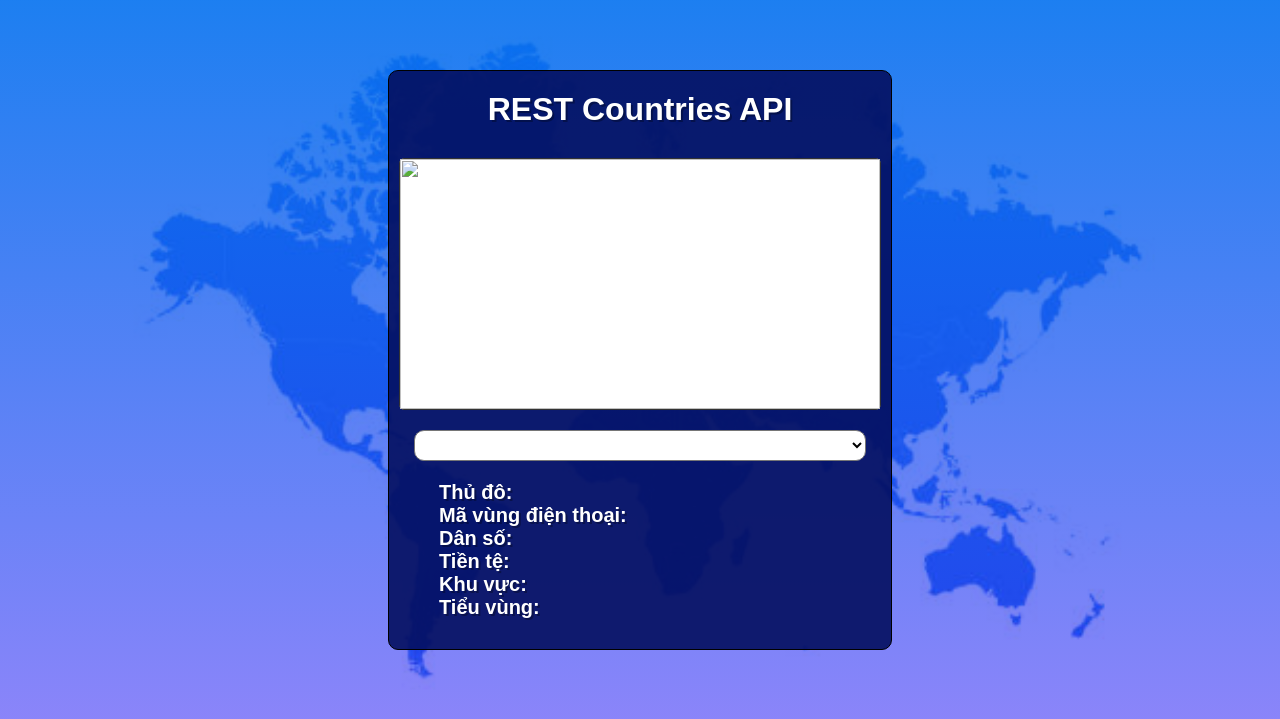
Repository: KhoaTran204/Rest-countries-api-app
Page: index.html
These files come from the project's save history. The page is drawn as it stood at one moment and after the next save; the edit follows.
The browser window is 1280 px wide. The pictures show the whole page.
The page's requests for data from a server got no answer.

Above is the page before, as saved 2024-04-14 09:23:09.

After the next save:
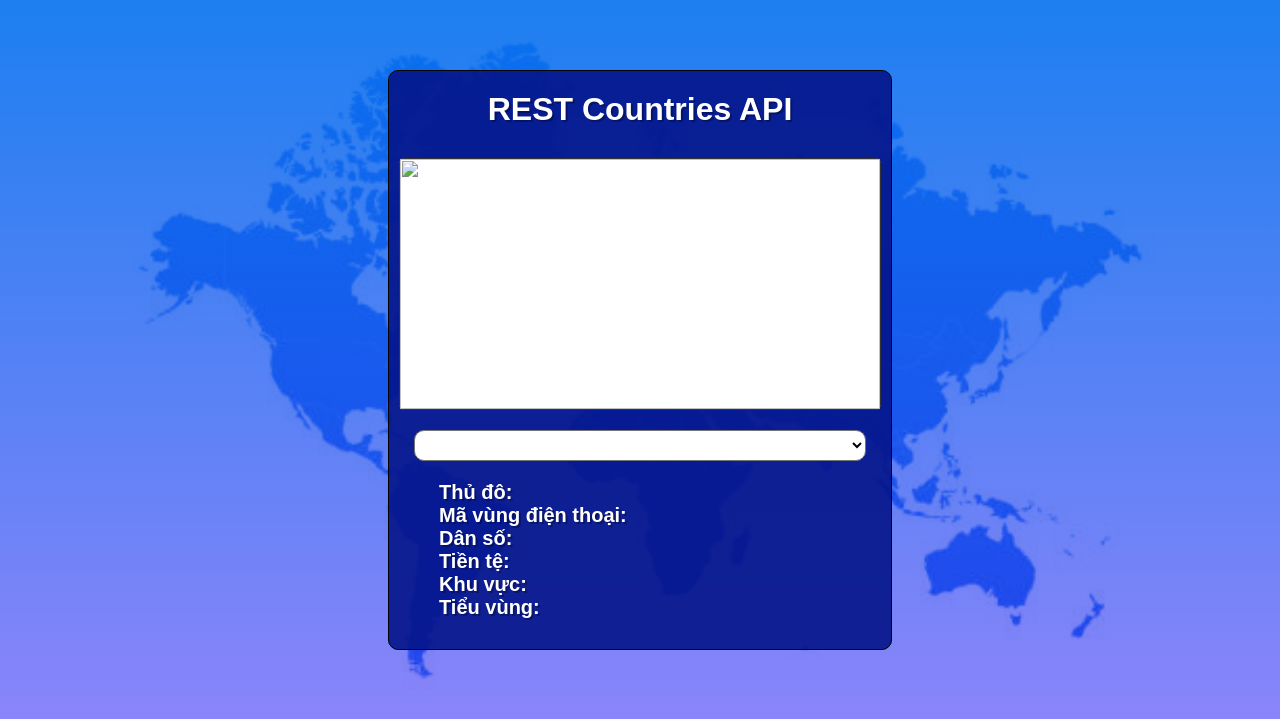
Saved 23 s later.
--- a/style.css
+++ b/style.css
@@ -37,7 +37,7 @@ body {
 }
 
 .container {
-  background-color: rgba(4, 15, 96, 0.9);
+  background-color: rgba(5, 21, 138, 0.9);
   border-radius: 10px;
   border: 1px solid black;
 }
